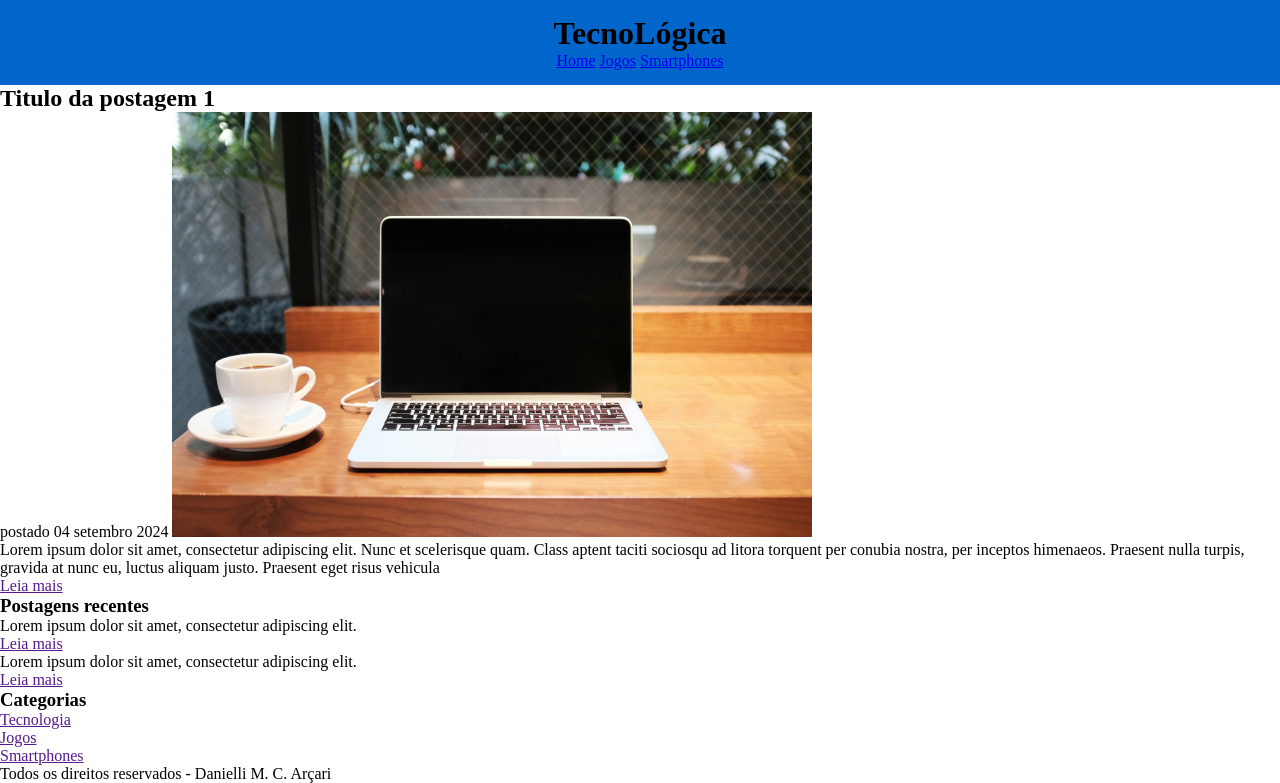
Repository: danielli-arcari/blog-html-css
Page: index.html
These files come from the project's save history. The page is drawn as it stood at one moment and after the next save; the edit follows.
The browser window is 1280 px wide. The pictures show the whole page.

Above is the page before, as saved 2026-03-10 16:11:12.

After the next save:
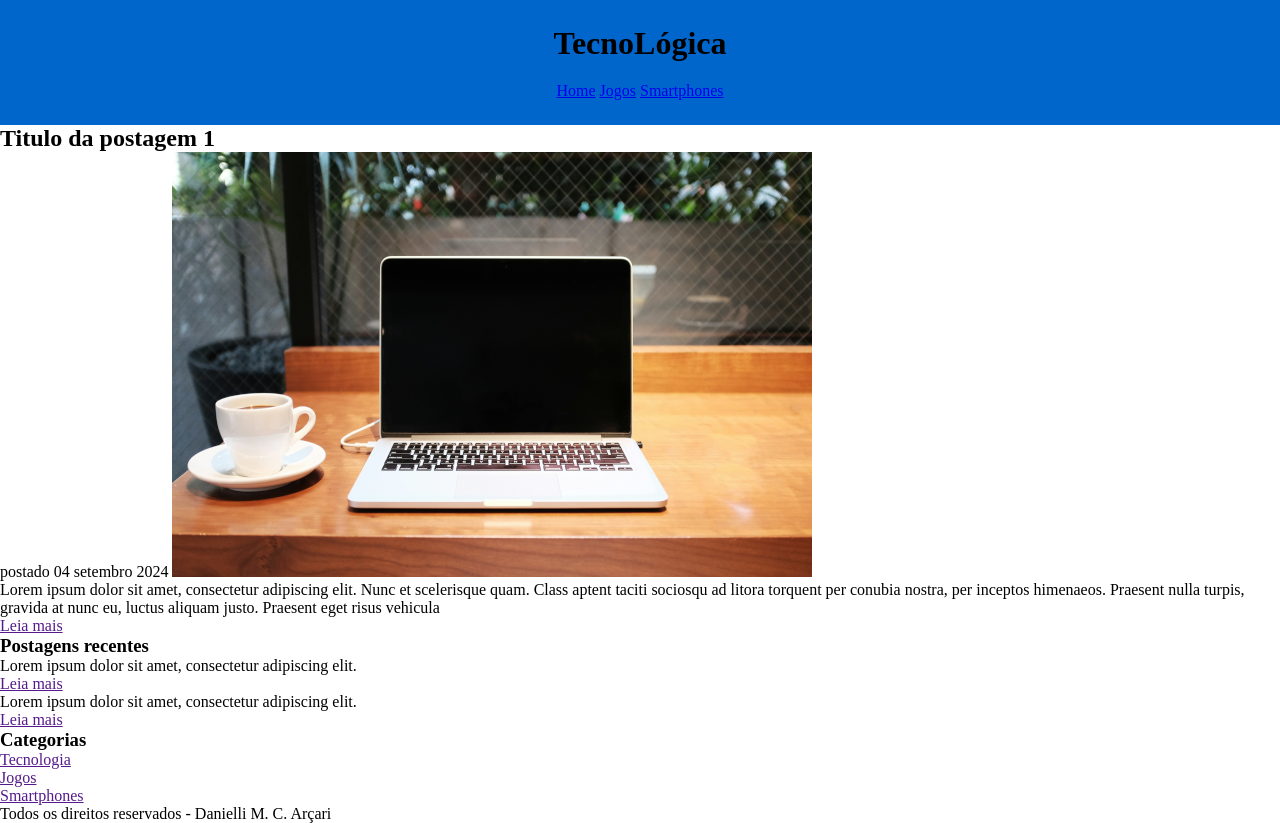
Saved 111 s later.
--- a/css/style.css
+++ b/css/style.css
@@ -13,3 +13,9 @@
     padding: 15px;
     text-align: center;
 }
+/*
+***agrupando os IDs logo e menu***
+*/
+#logo, #menu{
+    padding: 10px;
+}
